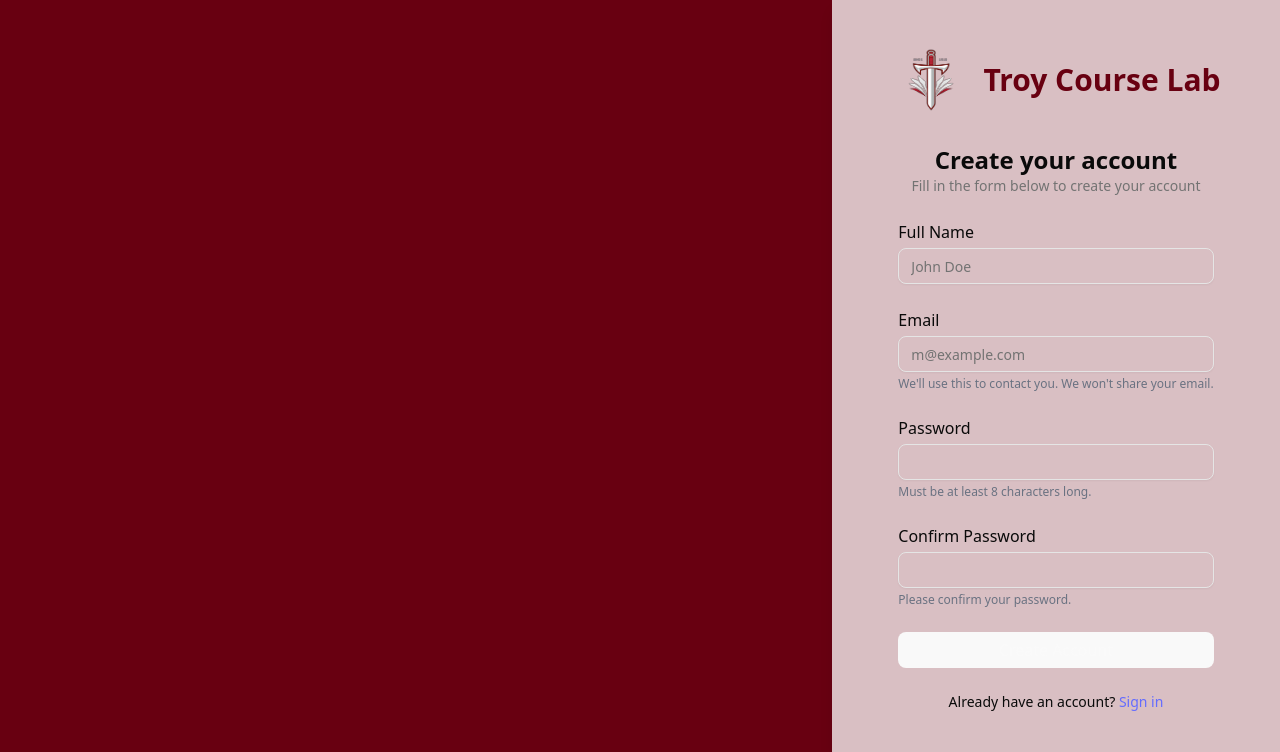
Repository: toilatrung/auth-ui-kit
Page: /register
These files come from the project's save history. The page is drawn as it stood at one moment and after the next save; the edit follows.
The browser window is 1280 px wide. The pictures show the whole page.
The project was rebuilt for these pictures with package versions that can differ from the ones it lists, and the page was loaded fresh each time. Also part of the build but not shown: vite.config.ts, src/pages/LoginPage.tsx.

Above is the page before, as saved 2025-11-01 17:45:41.

### index.html
<!doctype html>
<html lang="vi">
  <head>
    <meta charset="UTF-8" />
    <link rel="icon" type="image/svg+xml" href="/troy_logo.svg" />
    <meta name="viewport" content="width=device-width, initial-scale=1.0" />
    <title>features_lib</title>
  </head>
  <body>
    <div id="root"></div>
    <script type="module" src="/src/main.tsx"></script>
  </body>
</html>

### src/index.css
@import url('https://fonts.googleapis.com/css2?family=Montserrat:ital,wght@0,100..900;1,100..900&display=swap');
@import "tailwindcss";
@import "tw-animate-css";

@custom-variant dark (&:is(.dark *));

:root {
  font-family: system-ui, Avenir, Helvetica, Arial, sans-serif;
  line-height: 1.5;
  font-weight: 400;

  color-scheme: light dark;
  color: rgba(255, 255, 255, 0.87);
  background-color: #242424;

  font-synthesis: none;
  text-rendering: optimizeLegibility;
  -webkit-font-smoothing: antialiased;
  -moz-osx-font-smoothing: grayscale;
  --radius: 0.625rem;
  --background: oklch(1 0 0);
  --foreground: oklch(0.145 0 0);
  --card: oklch(1 0 0);
  --card-foreground: oklch(0.145 0 0);
  --popover: oklch(1 0 0);
  --popover-foreground: oklch(0.145 0 0);
  --primary: oklch(0.205 0 0);
  --primary-foreground: oklch(0.985 0 0);
  --secondary: oklch(0.97 0 0);
  --secondary-foreground: oklch(0.205 0 0);
  --muted: oklch(0.97 0 0);
  --muted-foreground: oklch(0.556 0 0);
  --accent: oklch(0.97 0 0);
  --accent-foreground: oklch(0.205 0 0);
  --destructive: oklch(0.577 0.245 27.325);
  --border: oklch(0.922 0 0);
  --input: oklch(0.922 0 0);
  --ring: oklch(0.708 0 0);
  --chart-1: oklch(0.646 0.222 41.116);
  --chart-2: oklch(0.6 0.118 184.704);
  --chart-3: oklch(0.398 0.07 227.392);
  --chart-4: oklch(0.828 0.189 84.429);
  --chart-5: oklch(0.769 0.188 70.08);
  --sidebar: oklch(0.985 0 0);
  --sidebar-foreground: oklch(0.145 0 0);
  --sidebar-primary: oklch(0.205 0 0);
  --sidebar-primary-foreground: oklch(0.985 0 0);
  --sidebar-accent: oklch(0.97 0 0);
  --sidebar-accent-foreground: oklch(0.205 0 0);
  --sidebar-border: oklch(0.922 0 0);
  --sidebar-ring: oklch(0.708 0 0);
}

a {
  font-weight: 500;
  color: #646cff;
  text-decoration: inherit;
}
a:hover {
  color: #535bf2;
}

body {
  margin: 0;
  min-width: 320px;
  min-height: 100vh;
}

h1 {
  font-size: 3.2em;
  line-height: 1.1;
}

button {
  border-radius: 8px;
  border: 1px solid transparent;
  padding: 0.6em 1.2em;
  font-size: 1em;
  font-weight: 500;
  font-family: inherit;
  background-color: #1a1a1a;
  cursor: pointer;
  transition: border-color 0.25s;
}
button:hover {
  border-color: #646cff;
}
button:focus,
button:focus-visible {
  outline: 4px auto -webkit-focus-ring-color;
}

@media (prefers-color-scheme: light) {
  :root {
    color: #213547;
    background-color: #ffffff;
  }
  a:hover {
    color: #747bff;
  }
  button {
    background-color: #f9f9f9;
  }
}

@theme inline {
  --radius-sm: calc(var(--radius) - 4px);
  --radius-md: calc(var(--radius) - 2px);
  --radius-lg: var(--radius);
  --radius-xl: calc(var(--radius) + 4px);
  --color-background: var(--background);
  --color-foreground: var(--foreground);
  --color-card: var(--card);
  --color-card-foreground: var(--card-foreground);
  --color-popover: var(--popover);
  --color-popover-foreground: var(--popover-foreground);
  --color-primary: var(--primary);
  --color-primary-foreground: var(--primary-foreground);
  --color-secondary: var(--secondary);
  --color-secondary-foreground: var(--secondary-foreground);
  --color-muted: var(--muted);
  --color-muted-foreground: var(--muted-foreground);
  --color-accent: var(--accent);
  --color-accent-foreground: var(--accent-foreground);
  --color-destructive: var(--destructive);
  --color-border: var(--border);
  --color-input: var(--input);
  --color-ring: var(--ring);
  --color-chart-1: var(--chart-1);
  --color-chart-2: var(--chart-2);
  --color-chart-3: var(--chart-3);
  --color-chart-4: var(--chart-4);
  --color-chart-5: var(--chart-5);
  --color-sidebar: var(--sidebar);
  --color-sidebar-foreground: var(--sidebar-foreground);
  --color-sidebar-primary: var(--sidebar-primary);
  --color-sidebar-primary-foreground: var(--sidebar-primary-foreground);
  --color-sidebar-accent: var(--sidebar-accent);
  --color-sidebar-accent-foreground: var(--sidebar-accent-foreground);
  --color-sidebar-border: var(--sidebar-border);
  --color-sidebar-ring: var(--sidebar-ring);
}

.dark {
  --background: oklch(0.145 0 0);
  --foreground: oklch(0.985 0 0);
  --card: oklch(0.205 0 0);
  --card-foreground: oklch(0.985 0 0);
  --popover: oklch(0.205 0 0);
  --popover-foreground: oklch(0.985 0 0);
  --primary: oklch(0.922 0 0);
  --primary-foreground: oklch(0.205 0 0);
  --secondary: oklch(0.269 0 0);
  --secondary-foreground: oklch(0.985 0 0);
  --muted: oklch(0.269 0 0);
  --muted-foreground: oklch(0.708 0 0);
  --accent: oklch(0.269 0 0);
  --accent-foreground: oklch(0.985 0 0);
  --destructive: oklch(0.704 0.191 22.216);
  --border: oklch(1 0 0 / 10%);
  --input: oklch(1 0 0 / 15%);
  --ring: oklch(0.556 0 0);
  --chart-1: oklch(0.488 0.243 264.376);
  --chart-2: oklch(0.696 0.17 162.48);
  --chart-3: oklch(0.769 0.188 70.08);
  --chart-4: oklch(0.627 0.265 303.9);
  --chart-5: oklch(0.645 0.246 16.439);
  --sidebar: oklch(0.205 0 0);
  --sidebar-foreground: oklch(0.985 0 0);
  --sidebar-primary: oklch(0.488 0.243 264.376);
  --sidebar-primary-foreground: oklch(0.985 0 0);
  --sidebar-accent: oklch(0.269 0 0);
  --sidebar-accent-foreground: oklch(0.985 0 0);
  --sidebar-border: oklch(1 0 0 / 10%);
  --sidebar-ring: oklch(0.556 0 0);
}

@layer base {
  * {
    @apply border-border outline-ring/50;
  }
  body {
    @apply bg-background text-foreground;
  }
}

### src/App.tsx
import LoginPage from "./pages/LoginPage";
import RegisterPage from "./pages/RegisterPage";
import { BrowserRouter, Routes, Route } from "react-router-dom";

{/* TEST FEATURES */}
function App() {
  return (
    <>
      <BrowserRouter>
        <Routes>
          <Route
            path="/login"
            element={<LoginPage />}
          />
          <Route
            path="/register"
            element={<RegisterPage />}
          />
        </Routes>
      </BrowserRouter>
    </>
  )
}

export default App

### src/pages/RegisterPage.tsx
import { RegisterForm } from "@/components/auth/register-form"

const RegisterPage = () => {
  return (
    <div className="flex min-h-screen bg-[#680011]">
      {/* Phần form chiếm toàn bộ chiều cao, nằm bên phải */}
      <div className="flex flex-col justify-center items-center w-full max-w-md ml-auto bg-white/75 backdrop-blur-sm p-10 shadow-lg">
        {/* Logo + Title */}
        <div className="flex items-center justify-cente gap-3 mb-6">
          <img
            src="/tcl_logo.svg"
            alt="Troy Logo"
            className="h-20 w-auto"
          />
          <span className="text-3xl font-montserrat font-bold text-[#680011]">
            Troy Course Lab
          </span>
        </div>

        {/* Form */}
        <RegisterForm />
      </div>
    </div>
  )
}

export default RegisterPage

### src/components/auth/register-form.tsx
import { z } from "zod"
import { useForm } from "react-hook-form"
import { zodResolver } from "@hookform/resolvers/zod"
import { cn } from "@/lib/utils"
import { Button } from "@/components/ui/button"
import { Input } from "@/components/ui/input"

const formSchema = z
  .object({
    name: z.string().min(1, "Full name is required"),
    email: z.string().email("Invalid email address"),
    password: z.string().min(8, "Password must be at least 8 characters"),
    confirmPassword: z.string().min(8, "Please confirm your password"),
  })
  .refine((data) => data.password === data.confirmPassword, {
    message: "Passwords do not match",
    path: ["confirmPassword"],
  })

type FormData = z.infer<typeof formSchema>

export function RegisterForm({ className, ...props }: React.ComponentProps<"form">) {
  const {
    register,
    handleSubmit,
    formState: { errors },
  } = useForm<FormData>({
    resolver: zodResolver(formSchema),
  })

  const onSubmit = (data: FormData) => {
    console.log("Form submitted:", data)
  }

  return (
    <form
      onSubmit={handleSubmit(onSubmit)}
      className={cn("flex flex-col gap-6 max-w-md mx-auto", className)}
      {...props}
    >
      <div className="text-center">
        <h2 className="text-2xl font-bold">Create your account</h2>
        <p className="text-muted-foreground text-sm">
          Fill in the form below to create your account
        </p>
      </div>

      <div className="flex flex-col gap-1">
        <label htmlFor="name" className="font-medium">Full Name</label>
        <Input id="name" type="text" placeholder="John Doe" {...register("name")} />
        {errors.name && <p className="text-sm text-red-500">{errors.name.message}</p>}
      </div>

      <div className="flex flex-col gap-1">
        <label htmlFor="email" className="font-medium">Email</label>
        <Input id="email" type="email" placeholder="m@example.com" {...register("email")} />
        {errors.email && <p className="text-sm text-red-500">{errors.email.message}</p>}
        <p className="text-xs text-gray-500">
          We&apos;ll use this to contact you. We won&apos;t share your email.
        </p>
      </div>

      <div className="flex flex-col gap-1">
        <label htmlFor="password" className="font-medium">Password</label>
        <Input id="password" type="password" {...register("password")} />
        {errors.password && <p className="text-sm text-red-500">{errors.password.message}</p>}
        <p className="text-xs text-gray-500">Must be at least 8 characters long.</p>
      </div>

      <div className="flex flex-col gap-1">
        <label htmlFor="confirmPassword" className="font-medium">Confirm Password</label>
        <Input id="confirmPassword" type="password" {...register("confirmPassword")} />
        {errors.confirmPassword && (
          <p className="text-sm text-red-500">{errors.confirmPassword.message}</p>
        )}
        <p className="text-xs text-gray-500">Please confirm your password.</p>
      </div>

      <Button type="submit">Create Account</Button>

      <p className="text-center text-sm">
        Already have an account? <a href="#" className="text-blue-500">Sign in</a>
      </p>
    </form>
  )
}

### src/components/ui/button.tsx
import * as React from "react"
import { Slot } from "@radix-ui/react-slot"
import { cva, type VariantProps } from "class-variance-authority"

import { cn } from "@/lib/utils"

const buttonVariants = cva(
  "inline-flex items-center justify-center gap-2 whitespace-nowrap rounded-md text-sm font-medium transition-all disabled:pointer-events-none disabled:opacity-50 [&_svg]:pointer-events-none [&_svg:not([class*='size-'])]:size-4 shrink-0 [&_svg]:shrink-0 outline-none focus-visible:border-ring focus-visible:ring-ring/50 focus-visible:ring-[3px] aria-invalid:ring-destructive/20 dark:aria-invalid:ring-destructive/40 aria-invalid:border-destructive",
  {
    variants: {
      variant: {
        default: "bg-primary text-primary-foreground hover:bg-primary/90",
        destructive:
          "bg-destructive text-white hover:bg-destructive/90 focus-visible:ring-destructive/20 dark:focus-visible:ring-destructive/40 dark:bg-destructive/60",
        outline:
          "border bg-background shadow-xs hover:bg-accent hover:text-accent-foreground dark:bg-input/30 dark:border-input dark:hover:bg-input/50",
        secondary:
          "bg-secondary text-secondary-foreground hover:bg-secondary/80",
        ghost:
          "hover:bg-accent hover:text-accent-foreground dark:hover:bg-accent/50",
        link: "text-primary underline-offset-4 hover:underline",
      },
      size: {
        default: "h-9 px-4 py-2 has-[>svg]:px-3",
        sm: "h-8 rounded-md gap-1.5 px-3 has-[>svg]:px-2.5",
        lg: "h-10 rounded-md px-6 has-[>svg]:px-4",
        icon: "size-9",
        "icon-sm": "size-8",
        "icon-lg": "size-10",
      },
    },
    defaultVariants: {
      variant: "default",
      size: "default",
    },
  }
)

function Button({
  className,
  variant,
  size,
  asChild = false,
  ...props
}: React.ComponentProps<"button"> &
  VariantProps<typeof buttonVariants> & {
    asChild?: boolean
  }) {
  const Comp = asChild ? Slot : "button"

  return (
    <Comp
      data-slot="button"
      className={cn(buttonVariants({ variant, size, className }))}
      {...props}
    />
  )
}

export { Button, buttonVariants }

### src/components/ui/input.tsx
import * as React from "react"

import { cn } from "@/lib/utils"

function Input({ className, type, ...props }: React.ComponentProps<"input">) {
  return (
    <input
      type={type}
      data-slot="input"
      className={cn(
        "file:text-foreground placeholder:text-muted-foreground selection:bg-primary selection:text-primary-foreground dark:bg-input/30 border-input h-9 w-full min-w-0 rounded-md border bg-transparent px-3 py-1 text-base shadow-xs transition-[color,box-shadow] outline-none file:inline-flex file:h-7 file:border-0 file:bg-transparent file:text-sm file:font-medium disabled:pointer-events-none disabled:cursor-not-allowed disabled:opacity-50 md:text-sm",
        "focus-visible:border-ring focus-visible:ring-ring/50 focus-visible:ring-[3px]",
        "aria-invalid:ring-destructive/20 dark:aria-invalid:ring-destructive/40 aria-invalid:border-destructive",
        className
      )}
      {...props}
    />
  )
}

export { Input }

Loaded but not shown: src/main.tsx (common file); src/lib/utils.ts (common file)

After the next save:
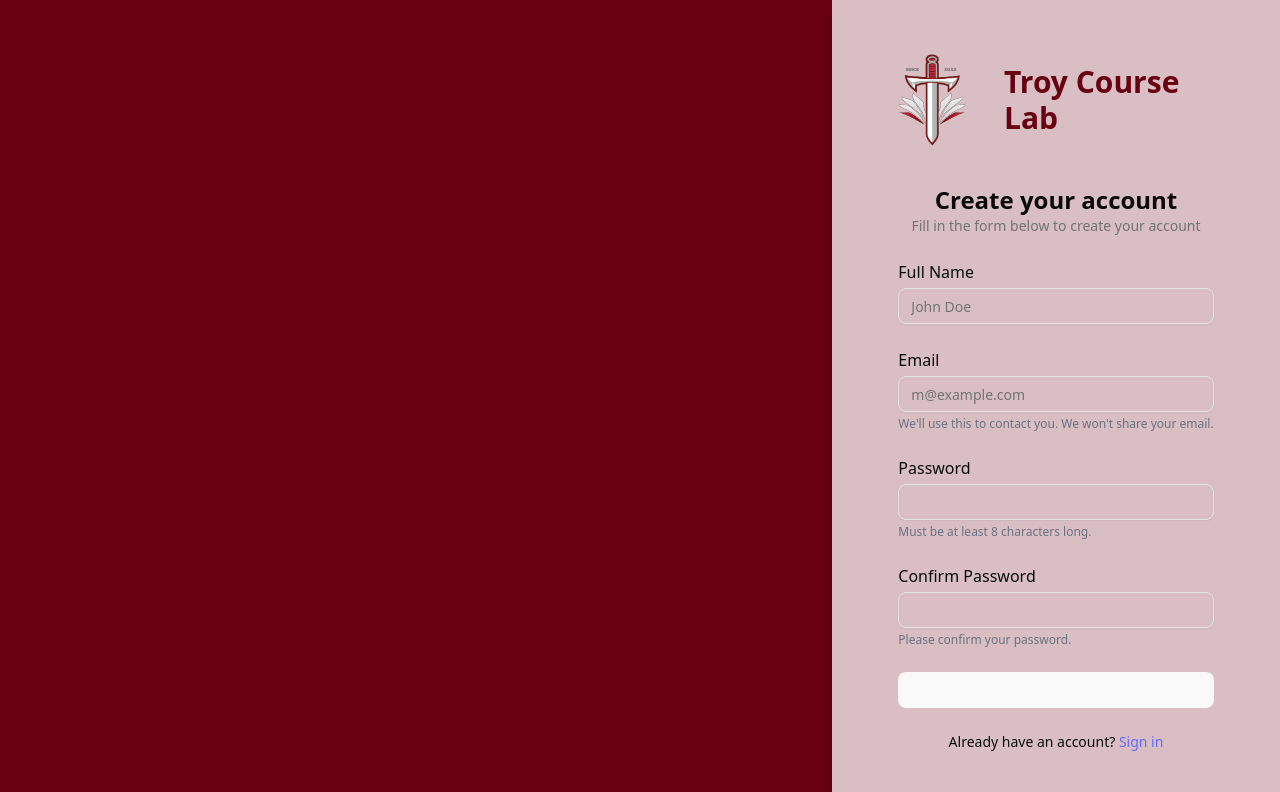
Saved 6 s later.
--- a/src/pages/RegisterPage.tsx
+++ b/src/pages/RegisterPage.tsx
@@ -10,7 +10,7 @@
           <img
             src="/tcl_logo.svg"
             alt="Troy Logo"
-            className="h-20 w-auto"
+            className="h-30 w-auto"
           />
           <span className="text-3xl font-montserrat font-bold text-[#680011]">
             Troy Course Lab
